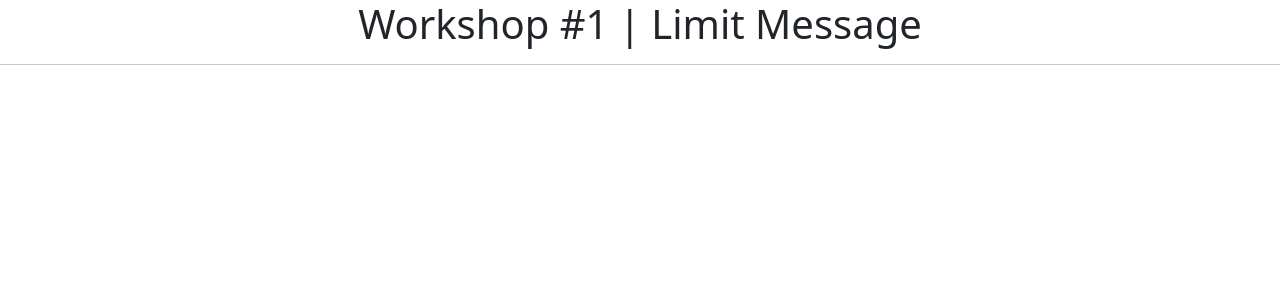
Repository: sawankapatu/vue-cli
Page: /
An editor plug-in stored every save of this project. The page is shown before and after the next save, followed by the edit.
The browser window is 1280 px wide. The pictures show the whole page.
The project was rebuilt for these pictures with package versions that can differ from the ones it lists, and the page was loaded fresh each time.

Above is the page before, as saved 2021-11-01 22:38:33.

### src/App.vue
<template>
  <div id="app">
    <h1 align="center">Workshop #1 | Limit Message</h1>
    <hr>
    <div class="input-group">
      <div class="input-group-prepend"></div>
    </div>
  </div>
</template>

<script>
export default {
  name: 'App',
}
</script>

Loaded but not shown: public/index.html (common file); src/main.js (common file)

After the next save:
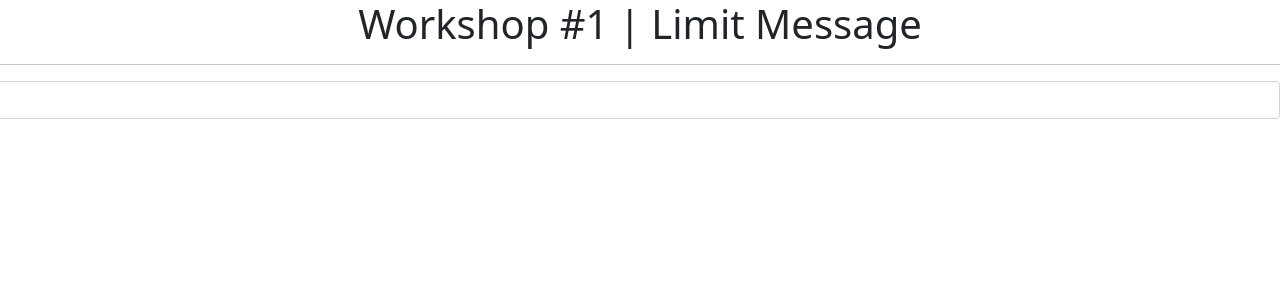
Saved 47 s later.
--- a/src/App.vue
+++ b/src/App.vue
@@ -4,6 +4,7 @@
     <hr>
     <div class="input-group">
       <div class="input-group-prepend"></div>
+      <input type="text" class="form-control">
     </div>
   </div>
 </template>
